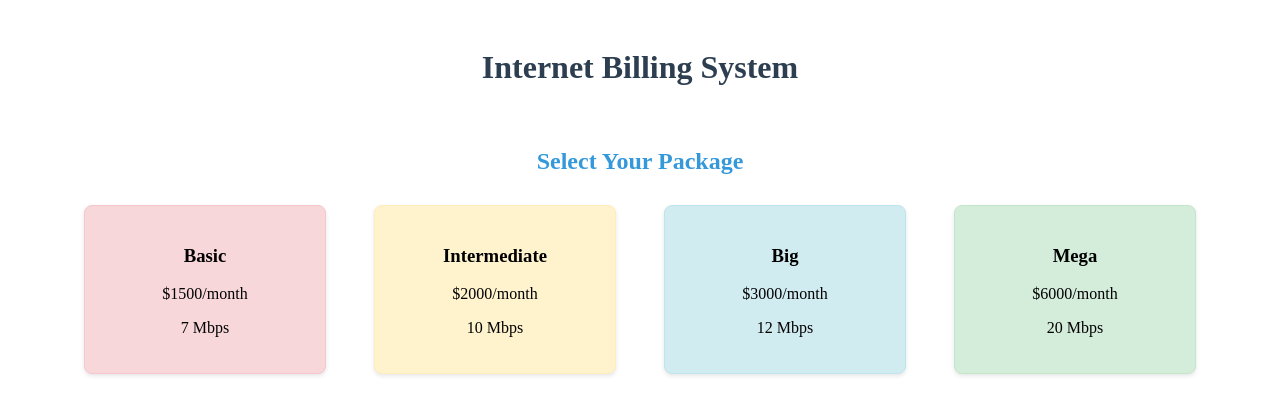
Repository: rachel648/system_Bill
Page: /packages (app in client/)
An editor plug-in stored every save of this project. The page is shown before and after the next save, followed by the edit.
The browser window is 1280 px wide. The pictures show the whole page.
The project was rebuilt for these pictures with package versions that can differ from the ones it lists, and the page was loaded fresh each time. Also part of the build but not shown: client/src/components/ServiceForm.js.

Above is the page before, as saved 2025-05-11 16:51:32.

### client/public/index.html
<!DOCTYPE html>
<html lang="en">
  <head>
    <meta charset="UTF-8" />
    <meta name="viewport" content="width=device-width, initial-scale=1.0"/>
    <title>Internet Billing System</title>
  </head>
  <body>
    <div id="root"></div>
    <!-- Add React scripts if not using Create React App -->
    <!-- <script src="https://unpkg.com/react@18/umd/react.development.js"></script>
    <script src="https://unpkg.com/react-dom@18/umd/react-dom.development.js"></script> -->
  </body>
</html>

### client/src/App.js
import React from 'react';
import { BrowserRouter as Router, Routes, Route } from 'react-router-dom';
import ServiceForm from './components/ServiceForm';
import Packages from './Packages';

const App = () => {
  return (
    <Router>
      <div style={{ padding: '20px', maxWidth: '1200px', margin: '0 auto' }}>
        <h1 style={{ textAlign: 'center', color: '#2c3e50' }}>Internet Billing System</h1>
        <Routes>
          <Route path="/" element={<ServiceForm />} />
          <Route path="/packages" element={<Packages />} />
        </Routes>
      </div>
    </Router>
  );
};

export default App;

### client/src/Packages.js
import React, { useState } from 'react';
import './Packages.css'; // Create this CSS file

const Packages = () => {
  const [isModalOpen, setIsModalOpen] = useState(false);  // To track modal visibility
  const [selectedPackage, setSelectedPackage] = useState(null);  // To track selected package
  const [phoneNumber, setPhoneNumber] = useState('');  // To store phone number

  const handleCardClick = (pkg) => {
    setSelectedPackage(pkg);  // Set the selected package
    setIsModalOpen(true);  // Open the modal
  };

  const handlePayment = () => {
    // Simulate sending payment prompt for the number
    alert(`Payment request for ${selectedPackage} sent to phone number: ${phoneNumber}`);
    setIsModalOpen(false);  // Close the modal after payment
  };

  return (
    <div className="container">
      <h2 className="heading">Select Your Package</h2>

      <div className="card-container">
        <div className="card basic-card" onClick={() => handleCardClick('Basic')}>
          <h3>Basic</h3>
          <p>$1500/month</p>
          <p>7 Mbps</p>
        </div>
        <div className="card intermediate-card" onClick={() => handleCardClick('Intermediate')}>
          <h3>Intermediate</h3>
          <p>$2000/month</p>
          <p>10 Mbps</p>
        </div>
        <div className="card big-card" onClick={() => handleCardClick('Big')}>
          <h3>Big</h3>
          <p>$3000/month</p>
          <p>12 Mbps</p>
        </div>
        <div className="card mega-card" onClick={() => handleCardClick('Mega')}>
          <h3>Mega</h3>
          <p>$6000/month</p>
          <p>20 Mbps</p>
        </div>
      </div>

      {isModalOpen && (
        <div className="modal">
          <div className="modal-content">
            <h3>Make Payment for {selectedPackage}</h3>
            <label htmlFor="phone">Enter Phone Number:</label>
            <input
              type="text"
              id="phone"
              value={phoneNumber}
              onChange={(e) => setPhoneNumber(e.target.value)}
              placeholder="Phone number"
            />
            <button onClick={handlePayment}>Submit Payment</button>
            <button onClick={() => setIsModalOpen(false)}>Cancel</button>
          </div>
        </div>
      )}
    </div>
  );
};

export default Packages;

### client/src/Packages.css
.container {
  padding: 20px;
  text-align: center;
}

.heading {
  color: #3498db;
  margin-bottom: 20px;
}

.card-container {
  display: flex;
  justify-content: space-around;
  flex-wrap: wrap;
}

.card {
  width: 200px;
  padding: 20px;
  border: 1px solid #ddd;
  border-radius: 8px;
  margin: 10px;
  box-shadow: 0 2px 4px rgba(0,0,0,0.1);
  text-align: center;
  transition: transform 0.3s ease, box-shadow 0.3s ease;
  cursor: pointer;
}

.card:hover {
  transform: scale(1.05);
  box-shadow: 0 5px 15px rgba(0,0,0,0.2);
}

.basic-card {
  background-color: #f8d7da;
  border-color: #f5c6cb;
}

.intermediate-card {
  background-color: #fff3cd;
  border-color: #ffeeba;
}

.big-card {
  background-color: #d1ecf1;
  border-color: #bee5eb;
}

.mega-card {
  background-color: #d4edda;
  border-color: #c3e6cb;
}

Loaded but not shown: client/src/index.js (common file)

After the next save:
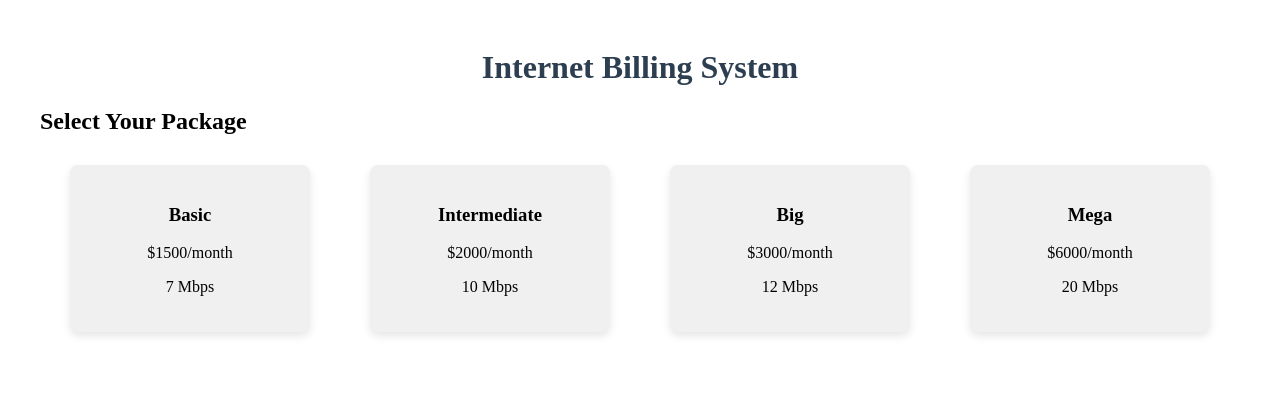
Saved 16 s later.
--- a/client/src/Packages.css
+++ b/client/src/Packages.css
@@ -1,52 +1,63 @@
-.container {
+/* Style for the cards */
+.card-container {
+  display: flex;
+  justify-content: space-around;
+}
+
+.card {
   padding: 20px;
+  margin: 10px;
+  cursor: pointer;
+  border-radius: 8px;
+  background-color: #f0f0f0;
+  text-align: center;
+  width: 200px;
+  box-shadow: 0 4px 8px rgba(0, 0, 0, 0.1);
+}
+
+.card:hover {
+  background-color: #e0e0e0;
+}
+
+/* Modal styles */
+.modal {
+  position: fixed;
+  top: 0;
+  left: 0;
+  right: 0;
+  bottom: 0;
+  background-color: rgba(0, 0, 0, 0.5);
+  display: flex;
+  justify-content: center;
+  align-items: center;
+}
+
+.modal-content {
+  background-color: white;
+  padding: 20px;
+  border-radius: 8px;
+  width: 300px;
   text-align: center;
 }
 
-.heading {
-  color: #3498db;
-  margin-bottom: 20px;
+input {
+  width: 100%;
+  padding: 8px;
+  margin: 10px 0;
+  border: 1px solid #ccc;
+  border-radius: 4px;
 }
 
-.card-container {
-  display: flex;
-  justify-content: space-around;
-  flex-wrap: wrap;
+button {
+  padding: 10px;
+  background-color: #4CAF50;
+  color: white;
+  border: none;
+  border-radius: 4px;
+  cursor: pointer;
+  margin: 5px;
 }
 
-.card {
-  width: 200px;
-  padding: 20px;
-  border: 1px solid #ddd;
-  border-radius: 8px;
-  margin: 10px;
-  box-shadow: 0 2px 4px rgba(0,0,0,0.1);
-  text-align: center;
-  transition: transform 0.3s ease, box-shadow 0.3s ease;
-  cursor: pointer;
+button:hover {
+  background-color: #45a049;
 }
-
-.card:hover {
-  transform: scale(1.05);
-  box-shadow: 0 5px 15px rgba(0,0,0,0.2);
-}
-
-.basic-card {
-  background-color: #f8d7da;
-  border-color: #f5c6cb;
-}
-
-.intermediate-card {
-  background-color: #fff3cd;
-  border-color: #ffeeba;
-}
-
-.big-card {
-  background-color: #d1ecf1;
-  border-color: #bee5eb;
-}
-
-.mega-card {
-  background-color: #d4edda;
-  border-color: #c3e6cb;
-}
